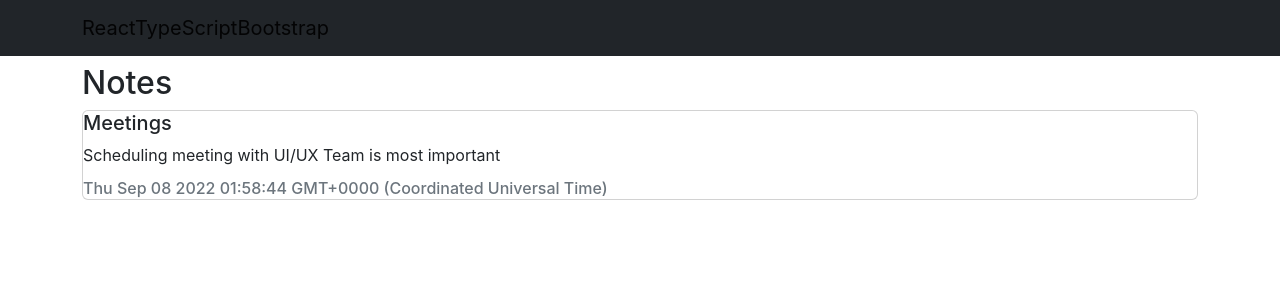
Repository: OmniaRafat232111121/notes
Page: /
An editor plug-in stored every save of this project. The page is shown before and after a run of saves, followed by the edit.
The browser window is 1280 px wide. The pictures show the whole page.
The project was rebuilt for these pictures with package versions that can differ from the ones it lists, and the page was loaded fresh each time. Also part of the build but not shown: src/App.css.

Above is the page before, as saved 2022-09-08 02:19:09.

### public/index.html
<!DOCTYPE html>
<html lang="en">
  <head>
    <meta charset="utf-8" />
    <link rel="icon" href="%PUBLIC_URL%/favicon.ico" />
    <meta name="viewport" content="width=device-width, initial-scale=1" />
    <meta name="theme-color" content="#000000" />
    <meta
      name="description"
      content="Web site created using create-react-app"
    />
    <link rel="apple-touch-icon" href="%PUBLIC_URL%/logo192.png" />
    <link
    rel="stylesheet"
    href="https://cdn.jsdelivr.net/npm/bootstrap@5.2.0-beta1/dist/css/bootstrap.min.css"
    integrity="sha384-0evHe/X+R7YkIZDRvuzKMRqM+OrBnVFBL6DOitfPri4tjfHxaWutUpFmBp4vmVor"
    crossorigin="anonymous"
  />
    <link rel="manifest" href="%PUBLIC_URL%/manifest.json" />
    <title>React App</title>
  </head>
  <body>
    <noscript>You need to enable JavaScript to run this app.</noscript>
    <div id="root"></div>
  </body>
</html>

### src/App.tsx
import React,{useState} from 'react';
import './App.css';
import Header from './components/Header';
import NotesList from './components/NotesList';
import {Note} from "./modals/note.model"
import {Container,Row,Col} from 'react-bootstrap';
function App() {
  const [notes,setNotes]=useState<Note[]>([{
   id:(new Date).toString(),
   title:"Meetings",
   text:"Scheduling meeting with UI/UX Team is most important",
   color:'#dfdfdf',
   date:(new Date).toString()
  }]);

  return (
   <>
   <Header/>
   <Container className="mt-5">
    <Row>
      <Col>
      <NotesList notes={notes}/>
      </Col>
    </Row>
   </Container>
   </>
  );
}

export default App;

### src/components/Header.tsx
import * as React from 'react';
import { Navbar,Container } from 'react-bootstrap';

interface IHeaderProps {
}

const Header: React.FunctionComponent<IHeaderProps> = (props) => {
    return (
    <Navbar fixed="top" bg="dark" >
    <Container>
        <Navbar.Brand>
            ReactTypeScriptBootstrap
        </Navbar.Brand>
    </Container>
    </Navbar>
    );
};

export default Header;

### src/components/NotesList.tsx
import * as React from 'react';
import Notes from './Notes';
import { Note } from '../modals/note.model';

interface INotesListProps {
    notes: Note[],

}

const NotesList: React.FC<INotesListProps> = ({ notes}) => {
    const renderNotes = ():JSX.Element[] => {
        return notes.map(note => {
            return <Notes key={note.id} note={note} />
        })
    }
    return (
        <>
            <h2 className="mt-3">Notes</h2>
            <div>{ renderNotes() }</div>
        </>
  );
};

export default NotesList;

### src/components/Notes.tsx
import * as React from 'react';
import {Card} from 'react-bootstrap'
import {Note} from '../modals/note.model'
interface INotesProps {
    note:Note
}

const Notes: React.FunctionComponent<INotesProps> = ({note}) => {
  return (
<div className="mb-3">
     <Card>
        <Card.Title>
            {note.title}
        </Card.Title>
        <Card.Text>
            {note.text}
        </Card.Text>
        <Card.Subtitle className="text-muted">
         {note.date}
        </Card.Subtitle>
     </Card>

</div>
  );
};

export default Notes;

Loaded but not shown: src/index.tsx (common file); src/index.css (common file); src/reportWebVitals.ts (common file)

After the next 19 saves:
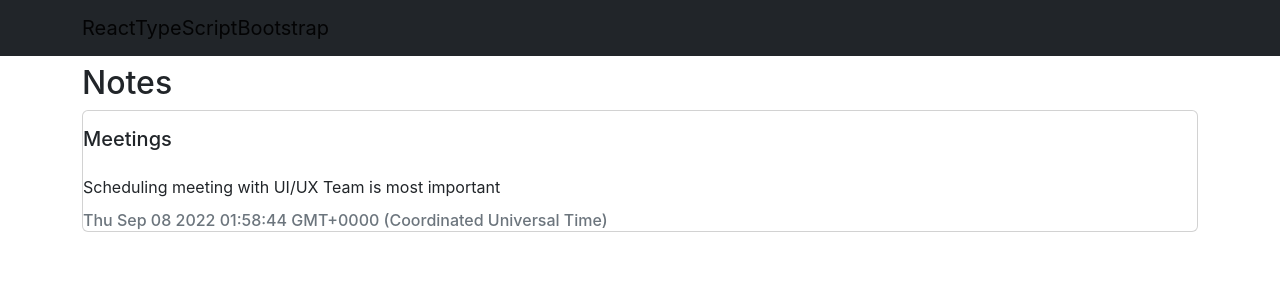
The 19 saves are shown as one change because they came seconds apart.
The last was saved 34 s later.
--- a/src/components/Notes.tsx
+++ b/src/components/Notes.tsx
@@ -7,9 +7,9 @@
 
 const Notes: React.FunctionComponent<INotesProps> = ({note}) => {
   return (
-<div className="mb-3">
+<div className="mb-3 ">
      <Card>
-        <Card.Title>
+        <Card.Title className="py-3">
             {note.title}
         </Card.Title>
         <Card.Text>

After the save that followed:
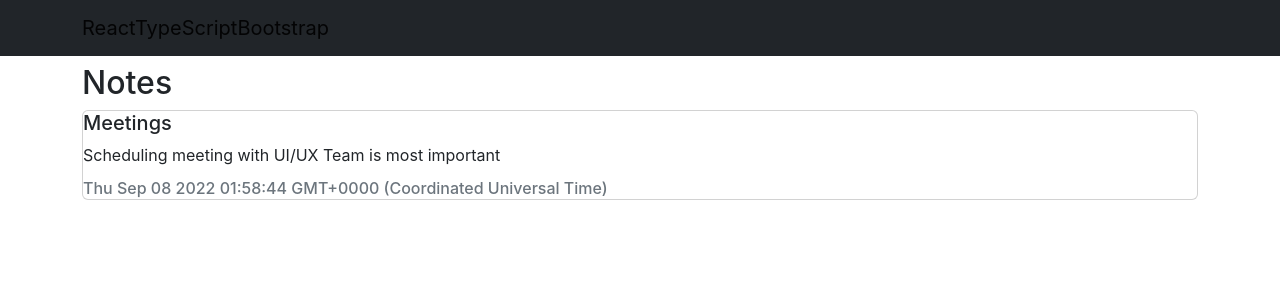
Saved 5 s later.
--- a/src/components/Notes.tsx
+++ b/src/components/Notes.tsx
@@ -9,7 +9,7 @@
   return (
 <div className="mb-3 ">
      <Card>
-        <Card.Title className="py-3">
+        <Card.Title className="">
             {note.title}
         </Card.Title>
         <Card.Text>
